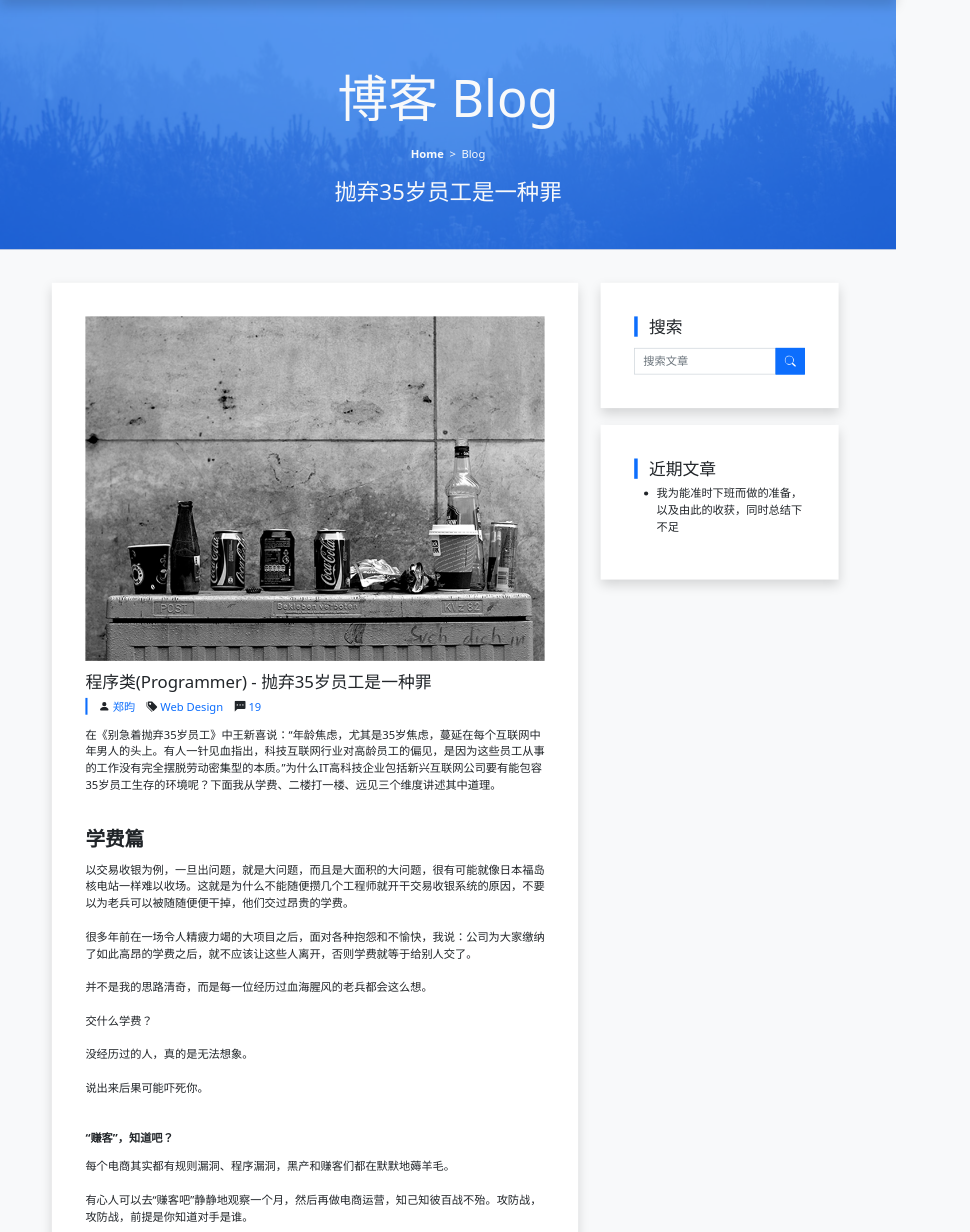
Repository: herjuandlonely/github.io
Page: index-blog.html
The author's editor kept a copy of each file at every save. The page is drawn from the files as they stood at one save, then again after the next save.
The browser window is 1280 px wide. The page is 1280 px wide, then 1386 px, so the pictures cover 1386 px, including what lies to the right of the window. The pictures show the part of the page from y = 0 to 1760 px (the page is 3872 px tall), at 70% of full size.
Backgrounds fixed to the window are drawn as part of the page.

Above is the page before, as saved 2022-07-01 16:05:47.

After the next save:
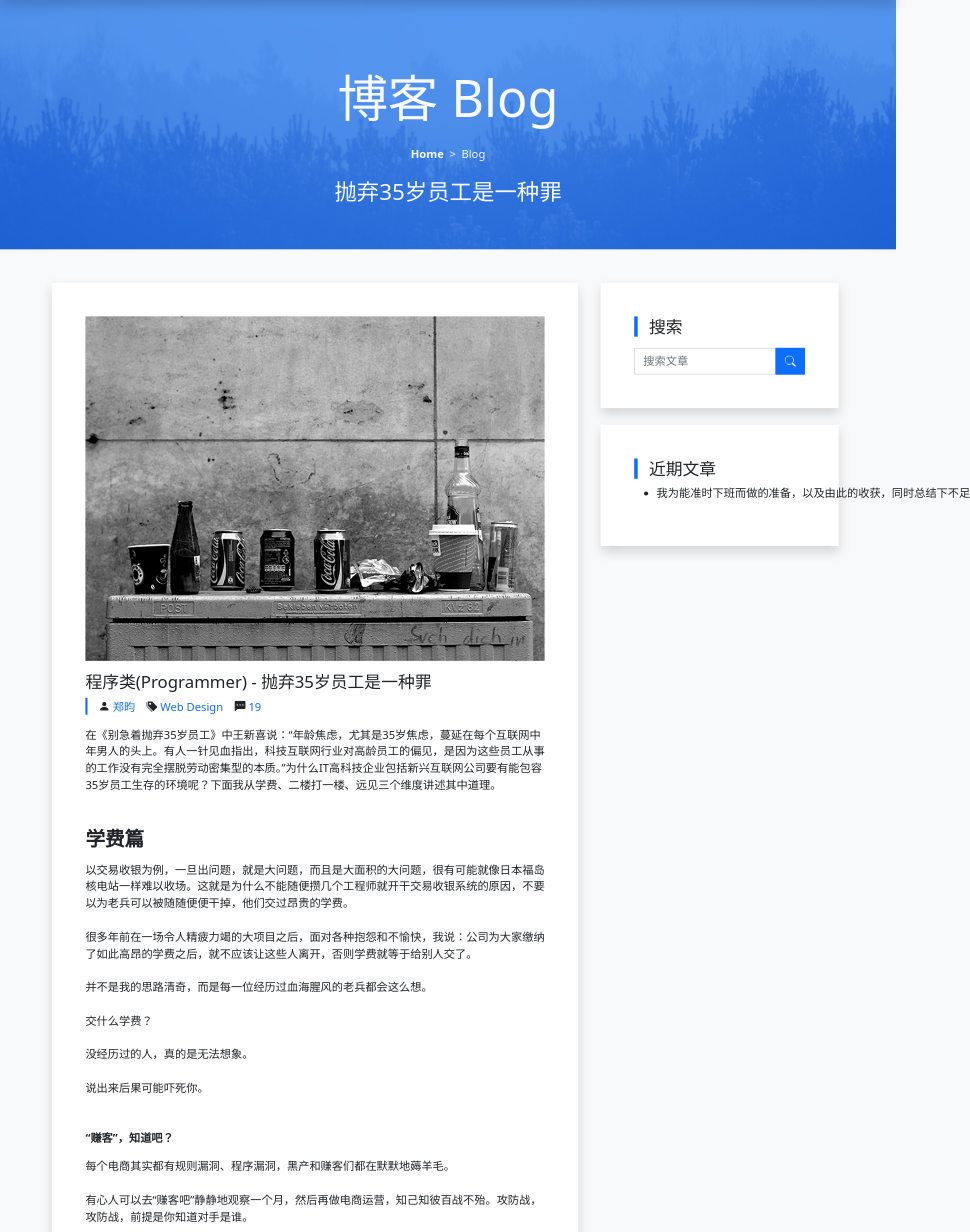
Saved 72 s later.
--- a/index-blog.html
+++ b/index-blog.html
@@ -211,7 +211,7 @@
                     </div>
                     <ul>
                         <li>
-                            <a href="#" class=" text-decoration-none text-dark">我为能准时下班而做的准备，以及由此的收获，同时总结下不足</a>
+                            <a href="#" class=" text-decoration-none text-dark text-truncate">我为能准时下班而做的准备，以及由此的收获，同时总结下不足</a>
                         </li>
                     </ul>
                 </div>
